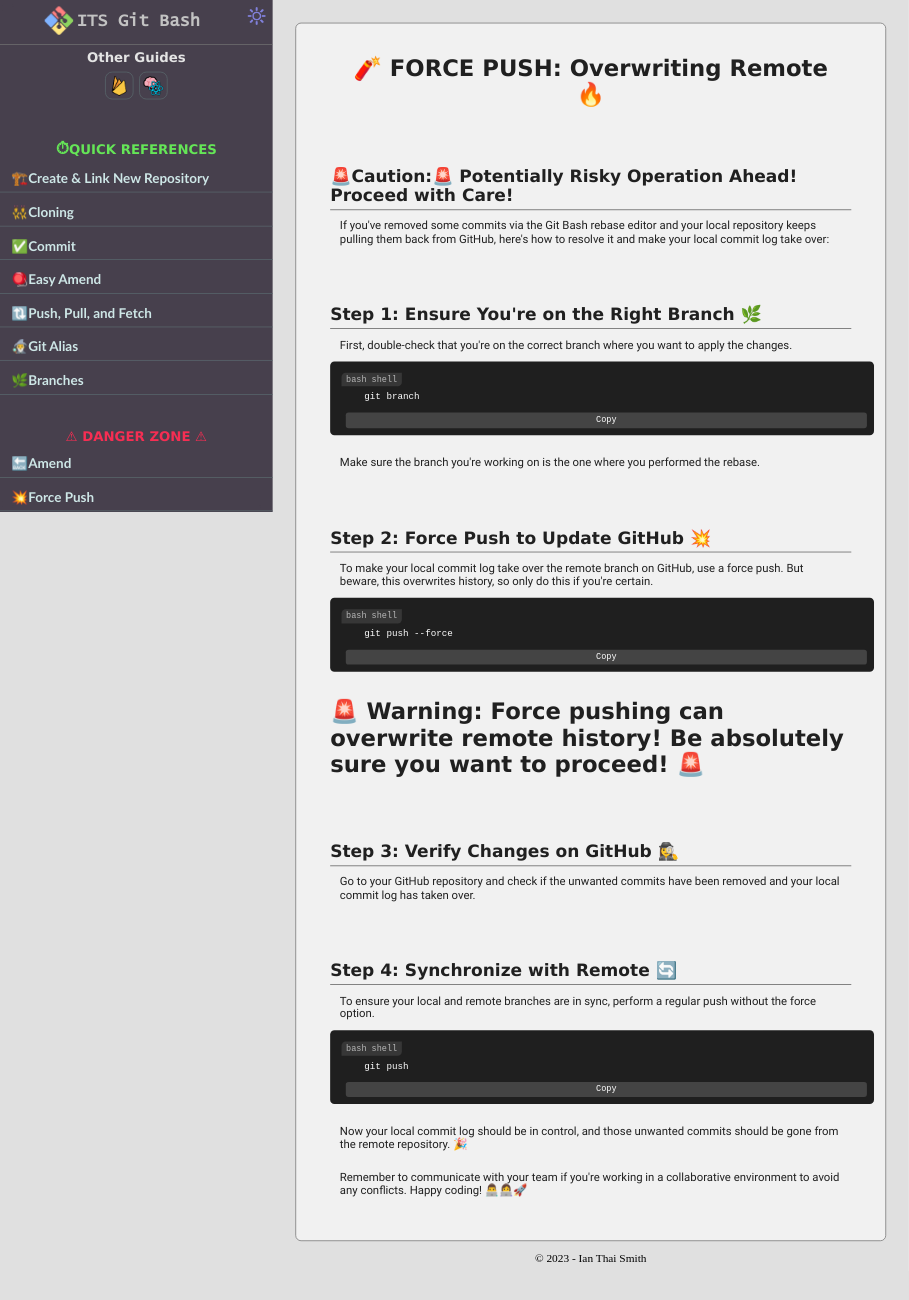
Repository: whyDoILoveThis/project__ITS_Git_Bash
Page: html/💥force-push.html
The author's editor kept a copy of each file at every save. The page is drawn from the files as they stood at one save, then again after the next save.
The browser window is 1280 px wide. The pictures show the whole page, at 71% of full size.

Above is the page before, as saved 2025-07-06 07:11:28.

After the next save:
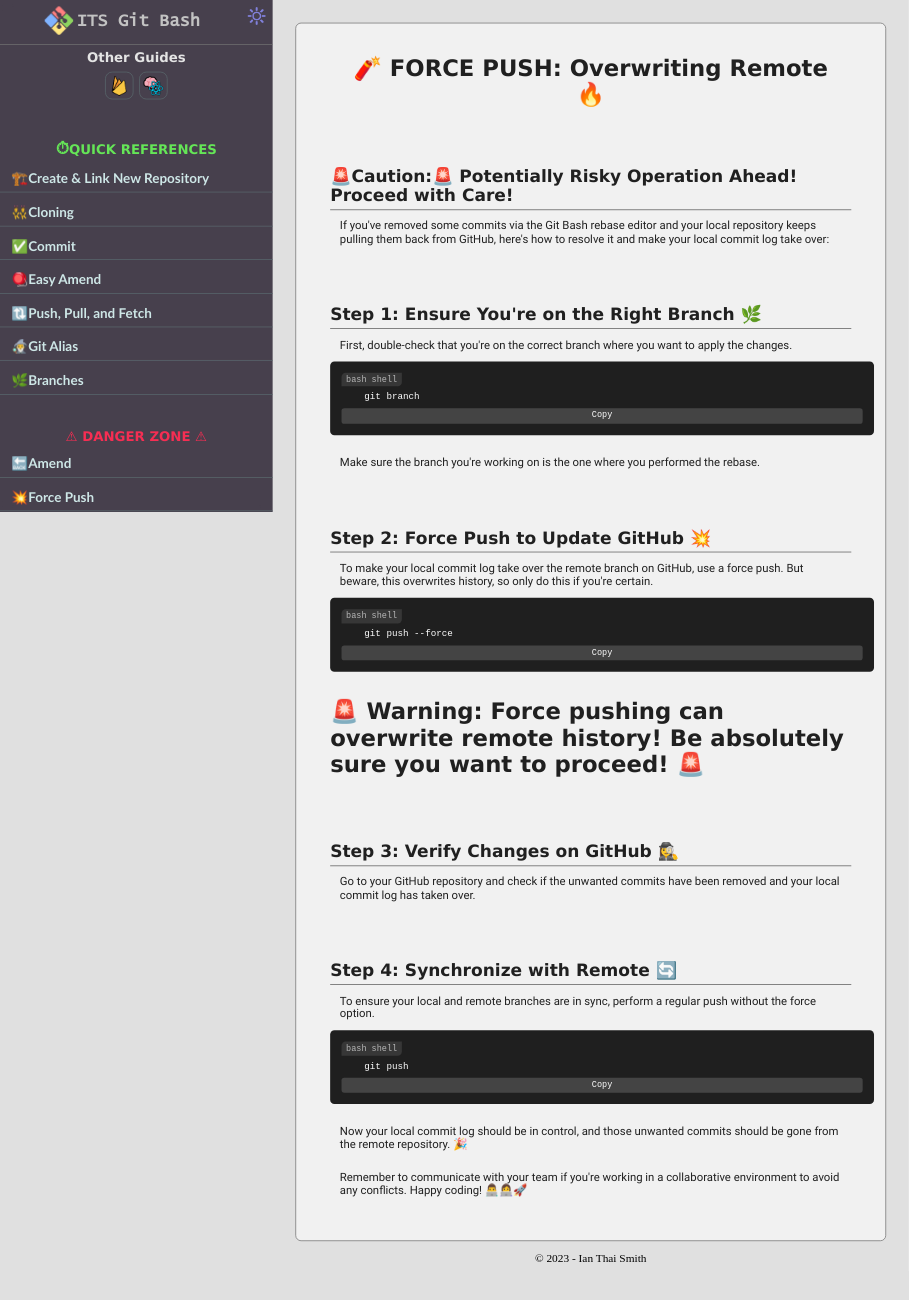
Saved 12 s later.
--- a/css/style.css
+++ b/css/style.css
@@ -572,9 +572,7 @@ em {
 }
 
 .copy-btn {
-  position: relative;
-  top: 6px;
-  left: 6px;
+
   background: #444;
   color: #fff;
   border: none;
